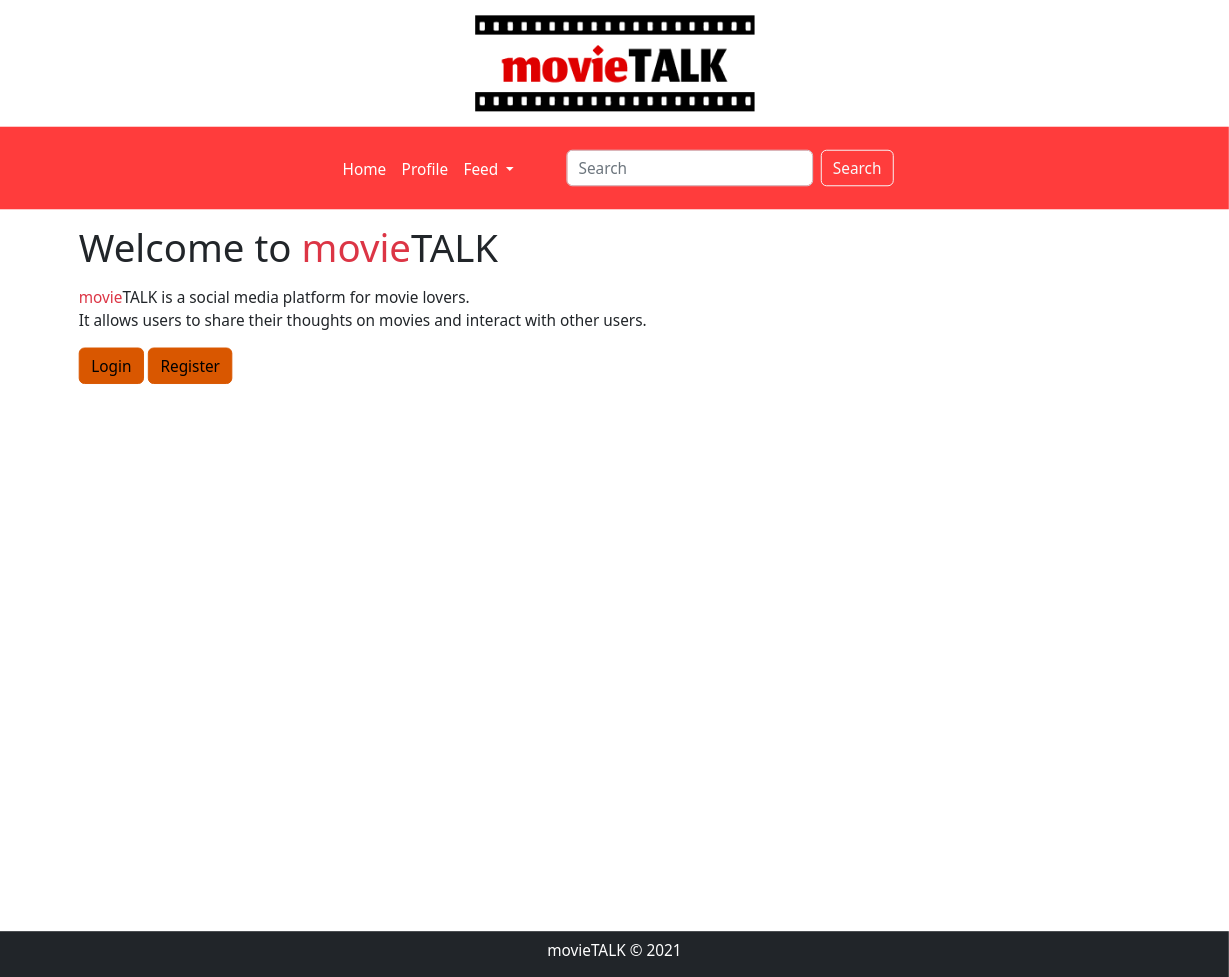
Repository: runeunhjem/css-frameworks-ca
Page: index.html
The author's editor kept a copy of each file at every save. The page is drawn from the files as they stood at one save, then again after the next save.
The browser window is 1280 px wide. The pictures show the whole page, at 96% of full size.
Some web libraries are served in a nearby version. The style sheet was rebuilt from its Sass, Less or Tailwind sources for each picture, by a compiler version that may differ from the author's.

Above is the page before, as saved 2023-08-24 15:56:07.

After the next save:
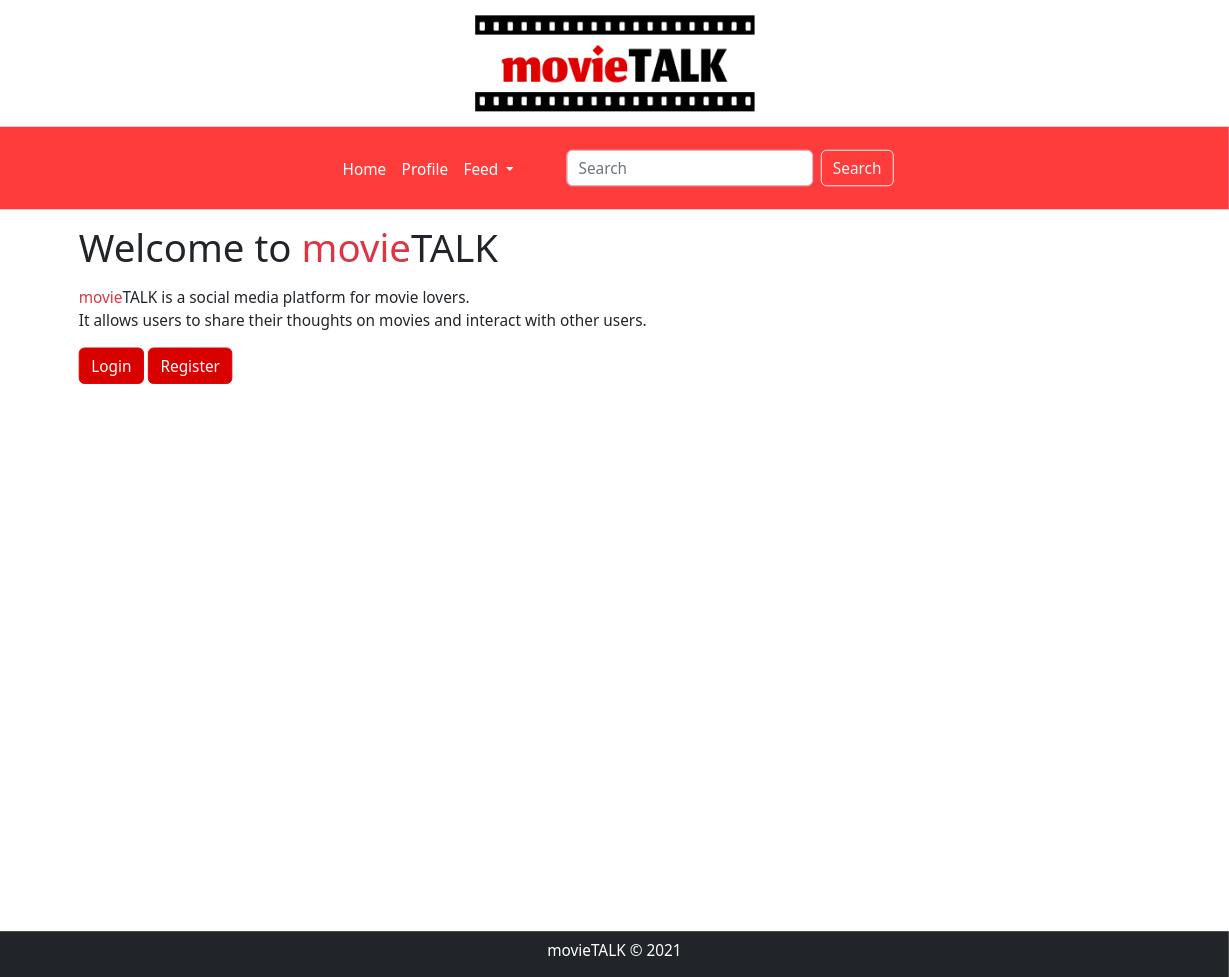
Saved 9 s later.
--- a/src/scss/_variables.scss
+++ b/src/scss/_variables.scss
@@ -2,6 +2,6 @@
 // $body-color: #111;
 
 
-$primary: #d95700;
+$primary: #d90000;
 // $danger: #a10d64;
 // $light: #db7f7f;
